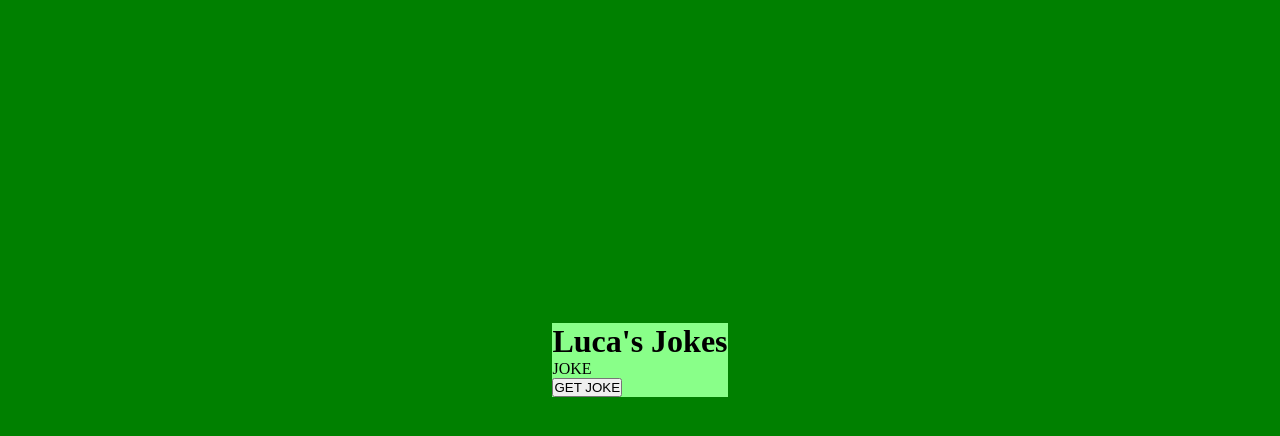
Repository: SerbanLuca/ChuckNorrisJokes-app
Page: /
An editor plug-in stored every save of this project. The page is shown before and after the next save, followed by the edit.
The browser window is 1280 px wide. The pictures show the whole page.
The project was rebuilt for these pictures with package versions that can differ from the ones it lists, and the page was loaded fresh each time.

Above is the page before, as saved 2021-04-07 13:46:27.

After the next save:
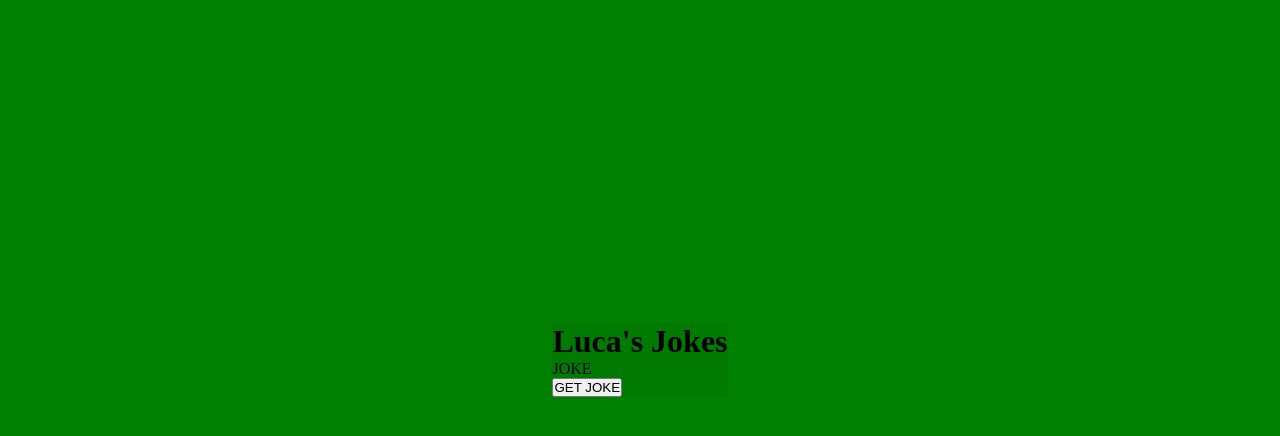
Saved 12 s later.
--- a/src/App.css
+++ b/src/App.css
@@ -16,7 +16,7 @@
 
 .container
 {
-  background-color: rgb(137, 255, 137);
+  background-color: rgb(0, 122, 0);
 }
 
 body
